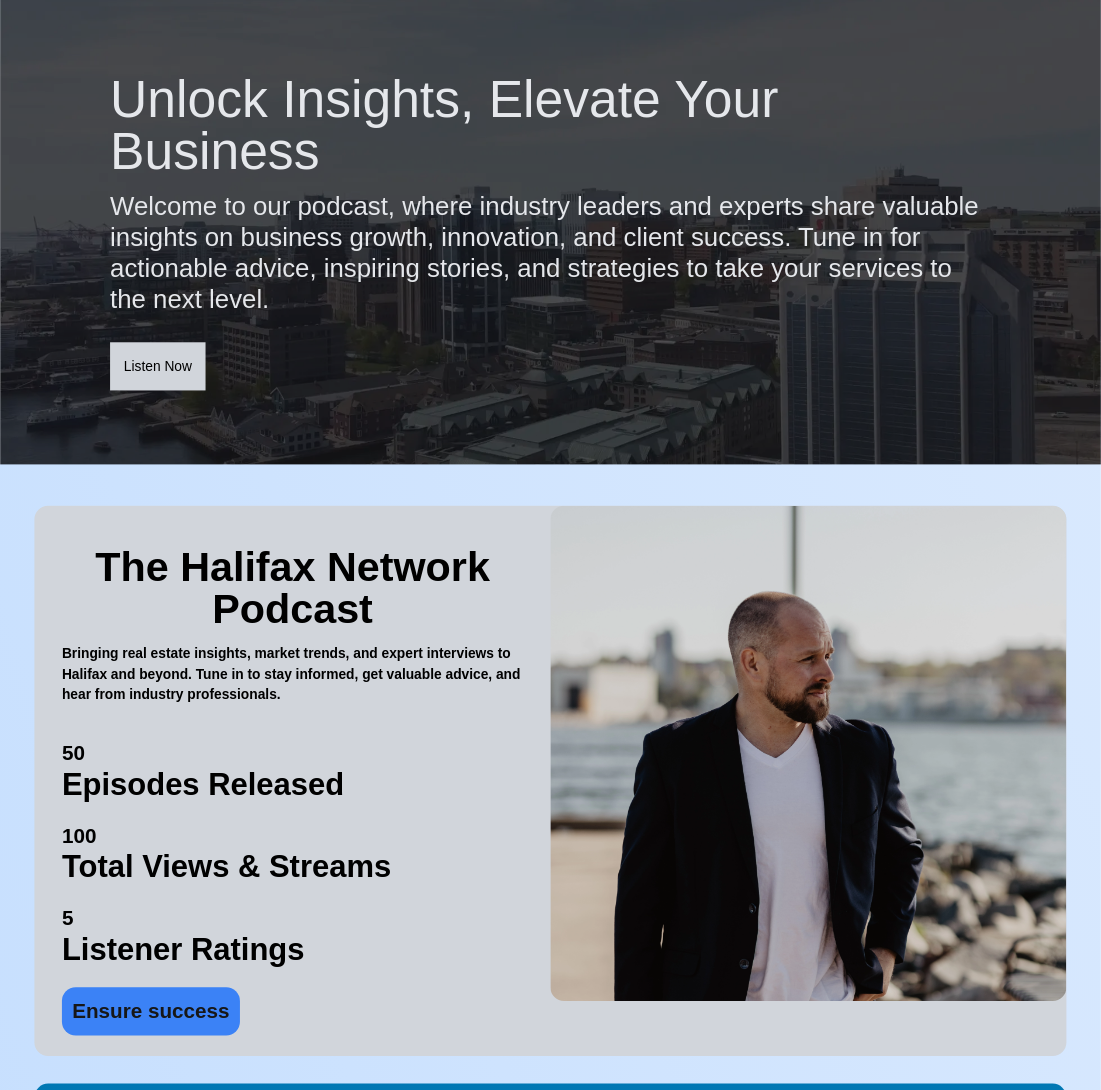
Repository: TMuse333/Chris-crowell
Page: /podcast (app in frontend/)
An editor plug-in stored every save of this project. The page is shown before and after the next save, followed by the edit.
The browser window is 1280 px wide. The pictures show the part of the page from y = 0 to 1268 px (the page is 3232 px tall before and 2092 px after), at 86% of full size.
Pictures or frames that could not be fetched are drawn as grey boxes. The project was rebuilt for these pictures with package versions that can differ from the ones it lists, and the page was loaded fresh each time. The framework's server and built-in components were replaced by stand-ins that run in the browser. Also part of the build but not shown: frontend/next.config.ts.

Above is the page before, as saved 2025-02-18 12:22:14.

After the next save:
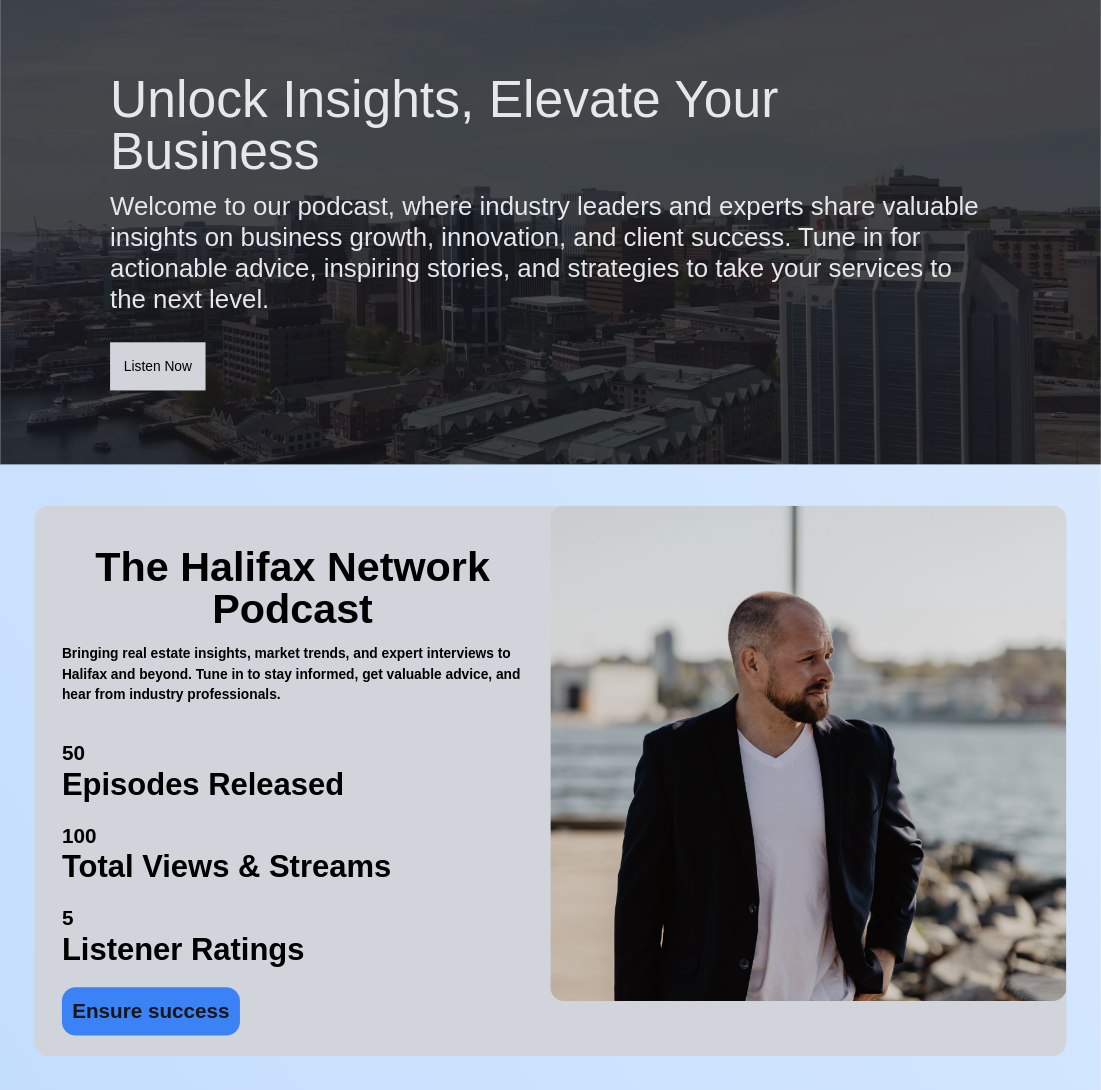
Saved 83 s later.
--- a/frontend/src/pageComponents/podcastPage.tsx
+++ b/frontend/src/pageComponents/podcastPage.tsx
@@ -22,10 +22,10 @@ const PodcastPage = () => {
             {...podcastCountup}
             />
 
-            <ExperienceCard
+            {/* <ExperienceCard
             {...podcastExperienceCard}
             buttonText=""
-            />
+            /> */}
 
             <Carousel
             {...podcastCarousel}
